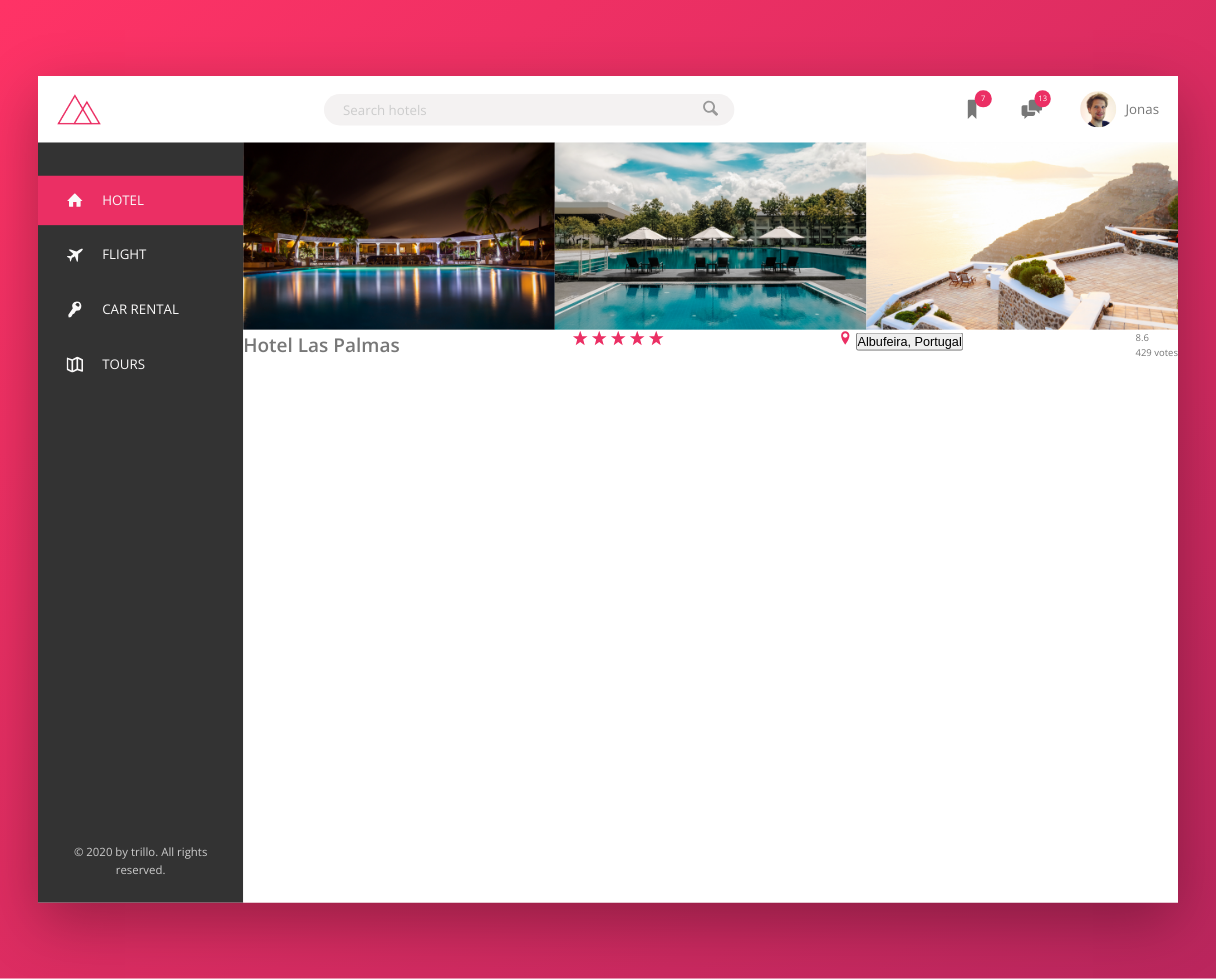
Repository: Lithium87/Trillo
Page: index.html
An editor plug-in stored every save of this project. The page is shown before and after the next save, followed by the edit.
The browser window is 1280 px wide. The pictures show the whole page, at 95% of full size.
The style sheet was rebuilt from its Sass, Less or Tailwind sources for each picture, by a compiler version that may differ from the author's.

Above is the page before, as saved 2020-05-16 22:04:26.

### index.html
<!DOCTYPE html>
<html lang="en">

<head>
    <meta charset="UTF-8">
    <meta name="viewport" content="width=device-width, initial-scale=1.0">

    <link href="https://fonts.googleapis.com/css?family=Open+Sans:300,400,600" rel="stylesheet">
    <link rel="stylesheet" href="css/style.css">
    <link rel="shortcut icon" type="image/png" href="img/favicon.png">

    <title>trillo &mdash; Your all-in-one booking app</title>
</head>

<body>
    <div class="container">
        <header class="header">
            <img src="img/logo.png" alt="Trillo logo" class="logo">
            <form action="#" class="search">
                <input type="text" class="search__input" placeholder="Search hotels">
                <button class="search__button">
                    <svg class="search__icon">
                        <use xlink:href="img/sprite.svg#icon-magnifying-glass"></use>
                    </svg>
                </button>
            </form>

            <nav class="user-nav">
                <div class="user-nav__icon-box">
                    <svg class="user-nav__icon">
                        <use xlink:href="img/sprite.svg#icon-bookmark"></use>
                    </svg>
                    <span class="user-nav__notification">7</span>
                </div>
                <div class="user-nav__icon-box">
                    <svg class="user-nav__icon">
                        <use xlink:href="img/sprite.svg#icon-chat"></use>
                    </svg>
                    <span class="user-nav__notification">13</span>
                </div>
                <div class="user-nav__user">
                    <img src="img/user.jpg" alt="User photo" class="user-nav__user-photo">
                    <span class="user-nav__user-name">Jonas</span>
                </div>
            </nav>
        </header>
        <div class="content">
            <nav class="sidebar">
                <ul class="side-nav">
                    <li class="side-nav__item side-nav__item--active">
                        <a href="#" class="side-nav__link">
                            <svg class="side-nav__icon">
                                <use xlink:href="img/stripe.svg#icon-home"></use>
                            </svg>
                            <span>Hotel</span>
                        </a>
                    </li>
                    <li class="side-nav__item">
                        <a href="#" class="side-nav__link">
                            <svg class="side-nav__icon">
                                <use xlink:href="img/stripe.svg#icon-aircraft"></use>
                            </svg>
                            <span>Flight</span>
                        </a>
                    </li>
                    <li class="side-nav__item">
                        <a href="#" class="side-nav__link">
                            <svg class="side-nav__icon">
                                <use xlink:href="img/stripe.svg#icon-key"></use>
                            </svg>
                            <span>Car rental</span>
                        </a>
                    </li>
                    <li class="side-nav__item">
                        <a href="#" class="side-nav__link">
                            <svg class="side-nav__icon">
                                <use xlink:href="img/stripe.svg#icon-map"></use>
                            </svg>
                            <span>Tours</span>
                        </a>
                    </li>
                </ul>
                <div class="legal">
                    &copy; 2020 by trillo. All rights reserved.
                </div>
            </nav>
            <main class="hotel-view">
                <div class="gallery">
                    <figure class="gallery__item">
                        <img src="img/hotel-1.jpg" alt="Photo of hotel 1" class="gallery__photo">
                    </figure>
                    <figure class="gallery__item">
                        <img src="img/hotel-2.jpg" alt="Photo of hotel 2" class="gallery__photo">
                    </figure>
                    <figure class="gallery__item">
                        <img src="img/hotel-3.jpg" alt="Photo of hotel 3" class="gallery__photo">
                    </figure>
                </div>
                <div class="overview">
                    <h1 class="overview__heading">Hotel Las Palmas</h1>
                    <div class="overview__stars">
                        <svg class="overview__icon-star">
                            <use xlink:href="img/stripe.svg#icon-star"></use>
                        </svg>
                        <svg class="overview__icon-star">
                            <use xlink:href="img/stripe.svg#icon-star"></use>
                        </svg>
                        <svg class="overview__icon-star">
                            <use xlink:href="img/stripe.svg#icon-star"></use>
                        </svg>
                        <svg class="overview__icon-star">
                            <use xlink:href="img/stripe.svg#icon-star"></use>
                        </svg>
                        <svg class="overview__icon-star">
                            <use xlink:href="img/stripe.svg#icon-star"></use>
                        </svg>
                    </div>
                    <div class="overview__location">
                        <svg class="overview__icon-location">
                            <use xlink:href="img/stripe.svg#icon-location-pin"></use>
                        </svg>
                        <button class="btn-inline">Albufeira, Portugal</button>
                    </div>
                    <div class="overview__rating">
                        <div class="overview__rating-average">8.6</div>
                        <div class="overview__rating-count">429 votes</div>
                    </div>
                </div>
            </main>
        </div>
    </div>
</body>

</html>

### sass/_base.scss
:root {
    --color-primary: #eb2f64;
    --color-primary-light: #FF3366;
    --color-primary-dark: #BA265D;
    --color-grey-light-1: #faf9f9;
    --color-grey-light-2: #f4f2f2;
    --color-grey-light-3: #f0eeee;
    --color-grey-light-4: #ccc;
    --color-grey-dark-1: #333;
    --color-grey-dark-2: #777;
    --color-grey-dark-3: #999;
    --shadow-dark: 0 2rem 6rem rgba(0, 0, 0, .3);
}

* {
    margin: 0;
    padding: 0;
}

*,
*::before,
*::after {
    box-sizing: inherit;
}

html {
    box-sizing: border-box;
    font-size: 62.5%; // 1rem = 10px
}

body {
    font-family: 'Open Sans', sans-serif;
    font-weight: 400;
    line-height: 1.6;
    color: var(--color-grey-dark-2);
    background-image: linear-gradient(to right bottom, var(--color-primary-light), var(--color-primary-dark));
    background-size: cover;
    background-repeat: no-repeat;
    min-height: 100vh;
}

### sass/_layout.scss
.container {
    max-width: 120rem;
    margin: 8rem auto;
    background-color: var(--color-grey-light-1);
    box-shadow: var(--shadow-dark);
    min-height: 50rem;
}

.header {
    font-size: 1.4rem;
    height: 7rem;
    background-color: #fff;
    border-bottom: var(--color-grey-light-2);
    display: flex;
    justify-content: space-between;
    align-items: center;
}

.content {
    display: flex;
}

.sidebar {
    background-color: var(--color-grey-dark-1);
    flex: 0 0 18%;
    display: flex;
    flex-direction: column;
    justify-content: space-between;
}

.hotel-view {
    background-color: #fff;
    flex: 1;
    height: 80rem;
}

### sass/_components.scss
///////////////////////
//LOGO
.logo {
    height: 3.25rem;
    margin-left: 2rem;
}

///////////////////////
//SEARCH BOX
.search {
    flex: 0 0 40%;
    display: flex;
    align-items: center;
    justify-content: center;
    &__input {
        font-family: inherit;
        font-size: inherit;
        color: inherit;
        background-color: var(--color-grey-light-2);
        border: none;
        padding: .7rem 2rem;
        border-radius: 100px;
        width: 90%;
        transition: all .2s;
        margin-right: -3.5rem;
        &:focus {
            outline: none;
            width: 100%;
            background-color: var(--color-grey-light-3);
        }
        &::-webkit-input-placeholder {
            font-weight: 100;
            color: var(--color-grey-light-4);
        }
    }
    &__input:focus+&__button {
        background-color: var(--color-grey-light-3);
    }
    &__button {
        border: none;
        background-color: var(--color-grey-light-2);
        &:focus {
            outline: none;
        }
        &:active {
            transform: translateY(2px);
        }
    }
    &__icon {
        height: 2rem;
        width: 2rem;
        fill: var(--color-grey-dark-3);
    }
}

///////////////////////
//USER NAVIGATION
.user-nav {
    align-self: stretch;
    display: flex;
    align-items: center;
    &>* {
        padding: 0 2rem;
        cursor: pointer;
        height: 100%;
        display: flex;
        align-items: center;
    }
    &>*:hover {
        background-color: var(--color-grey-light-2);
    }
    &__icon-box {
        position: relative;
    }
    &__icon {
        height: 2.25rem;
        width: 2.25rem;
        fill: var(--color-grey-dark-2);
    }
    &__notification {
        font-size: .8rem;
        height: 1.75rem;
        width: 1.75rem;
        border-radius: 50%;
        background-color: var(--color-primary);
        color: #fff;
        position: absolute;
        top: 1.5rem;
        right: 1.1rem;
        display: flex;
        justify-content: center;
        align-items: center;
    }
    &__user-photo {
        height: 3.75rem;
        border-radius: 50%;
        margin-right: 1rem;
    }
}

///////////////////////
//SIDE NAVIGATION
.side-nav {
    font-size: 1.4rem;
    list-style: none;
    margin-top: 3.5rem;
    &__item {
        position: relative;
        &:not(:last-child) {
            margin-bottom: .5rem;
        }
    }
    &__item::before {
        content: "";
        position: absolute;
        top: 0;
        left: 0;
        height: 100%;
        width: 3px;
        background-color: var(--color-primary);
        transform: scaleY(0);
        transition: transform .2s, width .4s cubic-bezier(1, 0, 0, 1) .2s, background-color .1s;
    }
    &__item:hover::before,
    &__item--active::before {
        transform: scaleY(1);
        width: 100%;
    }
    &__item:active::before {
        background-color: var(--color-primary-light);
    }
    &__link:link,
    &__link:visited {
        color: var(--color-grey-light-1);
        text-decoration: none;
        text-transform: uppercase;
        display: block;
        padding: 1.5rem 3rem;
        position: relative;
        z-index: 10;
        display: flex;
        align-items: center;
    }
    &__icon {
        width: 1.75rem;
        height: 1.75rem;
        margin-right: 2rem;
        fill: currentColor;
    }
}

///////////////////////
//LEGAL TEXT
.legal {
    font-size: 1.2rem;
    color: var(--color-grey-light-4);
    text-align: center;
    padding: 2.5rem;
}

///////////////////////
//GALLERY
.gallery {
    display: flex;
    &__photo {
        width: 100%;
        display: block;
    }
}

///////////////////////
//HOTEL OVERVIEW
.overview {
    display: flex;
    justify-content: space-between;
    &__heading {}
    &__stars {}
    &__icon-star,
    &__icon-location {
        width: 1.75rem;
        height: 1.75rem;
        fill: var(--color-primary);
    }
    &__location {}
    &__rating {}
    &__rating-average {}
    &__rating-count {}
}

Loaded but not shown: sass/main.scss (common file)

After the next save:
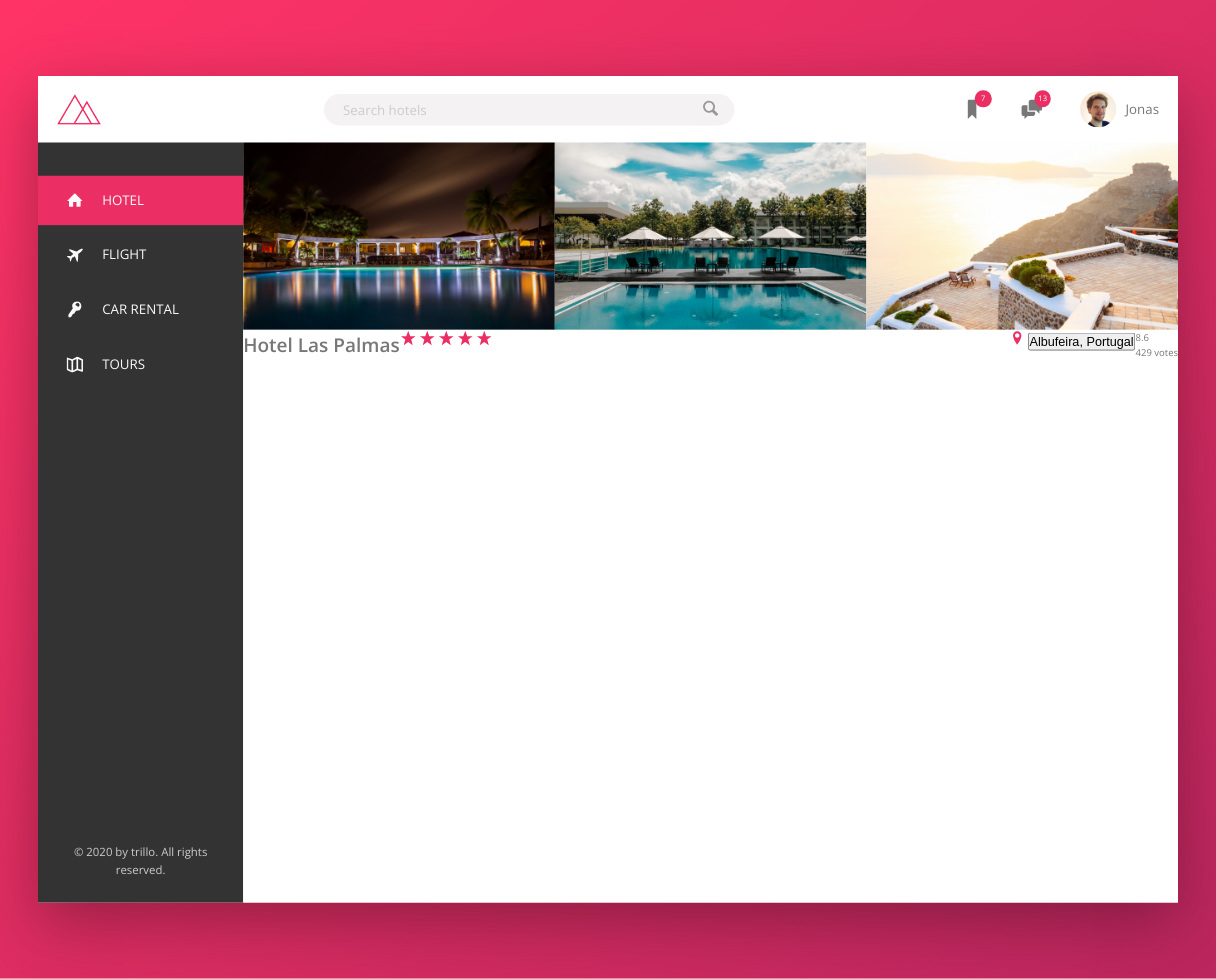
Saved 3 min 20 s later.
--- a/sass/_components.scss
+++ b/sass/_components.scss
@@ -172,9 +172,10 @@
 //HOTEL OVERVIEW
 .overview {
     display: flex;
-    justify-content: space-between;
     &__heading {}
-    &__stars {}
+    &__stars {
+        flex: 1;
+    }
     &__icon-star,
     &__icon-location {
         width: 1.75rem;
